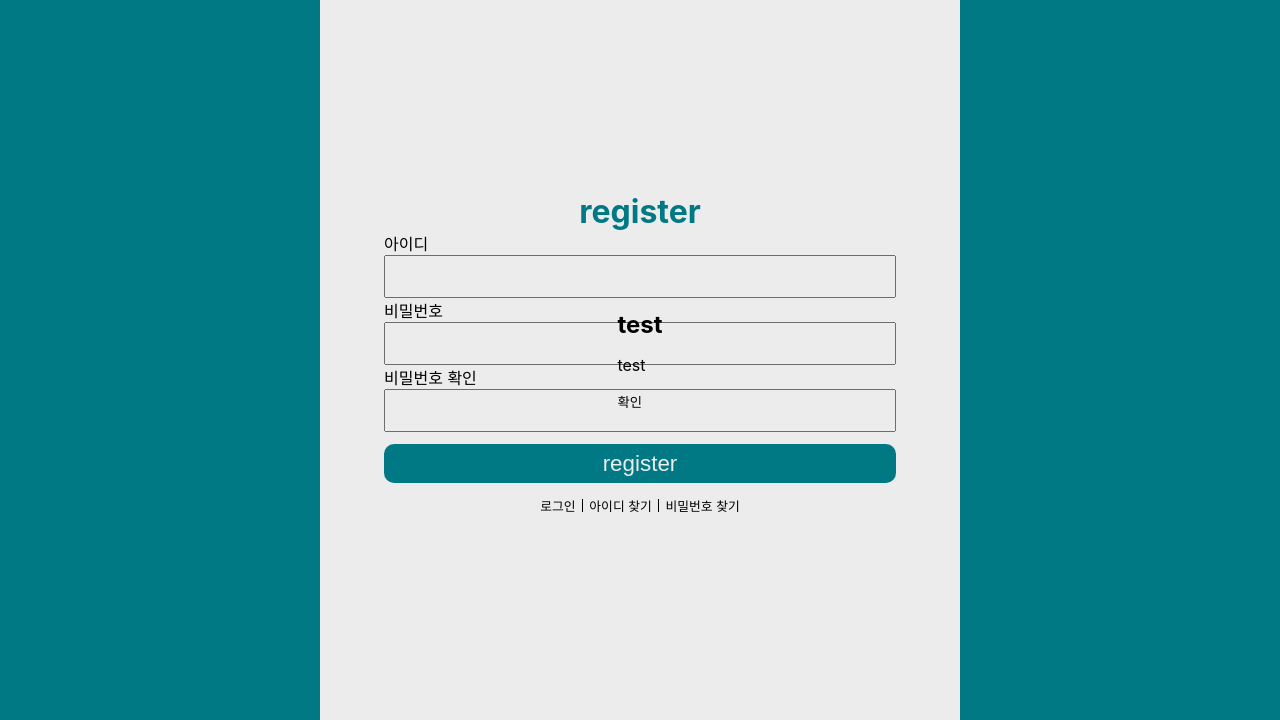
Repository: SeungYn/ticktickup-client
Page: /register
The author's editor kept a copy of each file at every save. The page is drawn from the files as they stood at one save, then again after the next save.
The browser window is 1280 px wide. The pictures show the whole page.
The project was rebuilt for these pictures with package versions that can differ from the ones it lists, and the page was loaded fresh each time. Also part of the build but not shown: src/App.tsx, src/pages/Main.tsx, src/pages/TimeDetail.tsx, src/pages/MyInfo.tsx, src/containers/auth/LoginFormContainer.tsx, src/pages/LoginPage.tsx.

Above is the page before, as saved 2023-01-04 00:10:21.

After the next save:
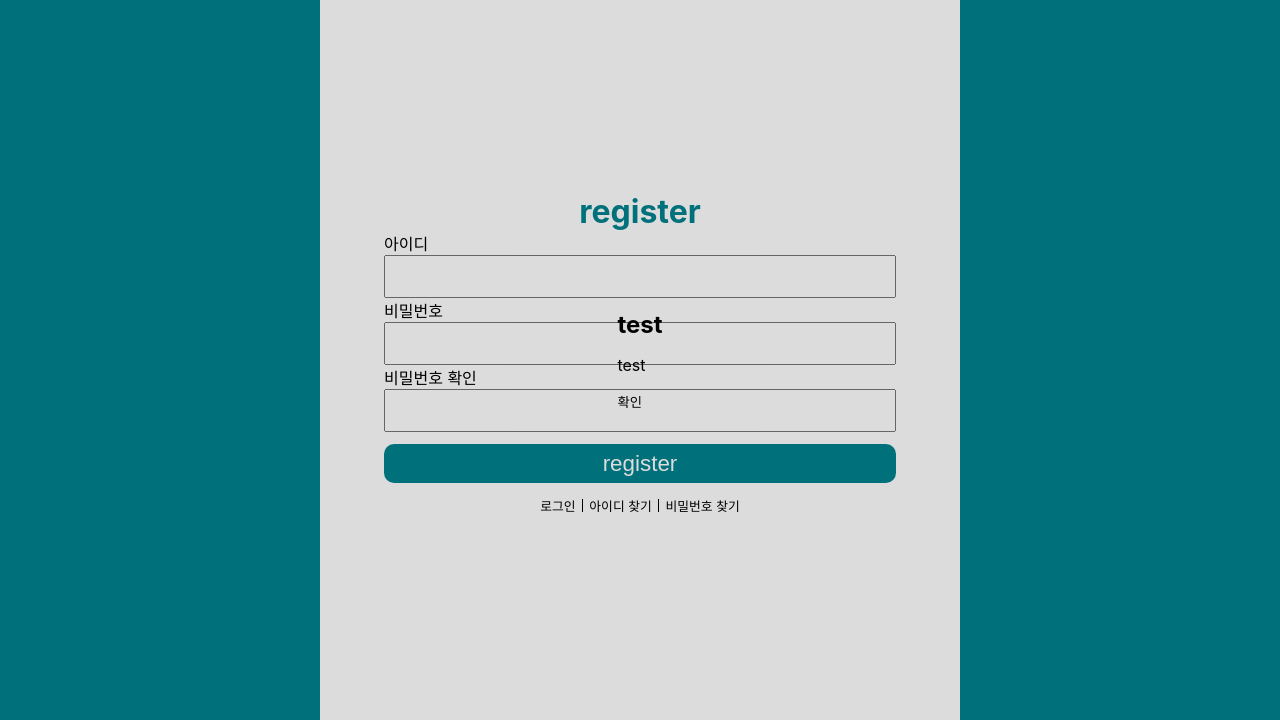
Saved 15 s later.
--- a/src/components/common/ConfirmModal.tsx
+++ b/src/components/common/ConfirmModal.tsx
@@ -10,7 +10,7 @@ const ModalContainer = styled.div`
   width: 100%;
   height: 100%;
   position: fixed;
-  background-color: rgba(0, 0, 0, 0.073);
+  background-color: rgba(0, 0, 0, 0.139);
   display: flex;
   justify-content: center;
   align-items: center;
